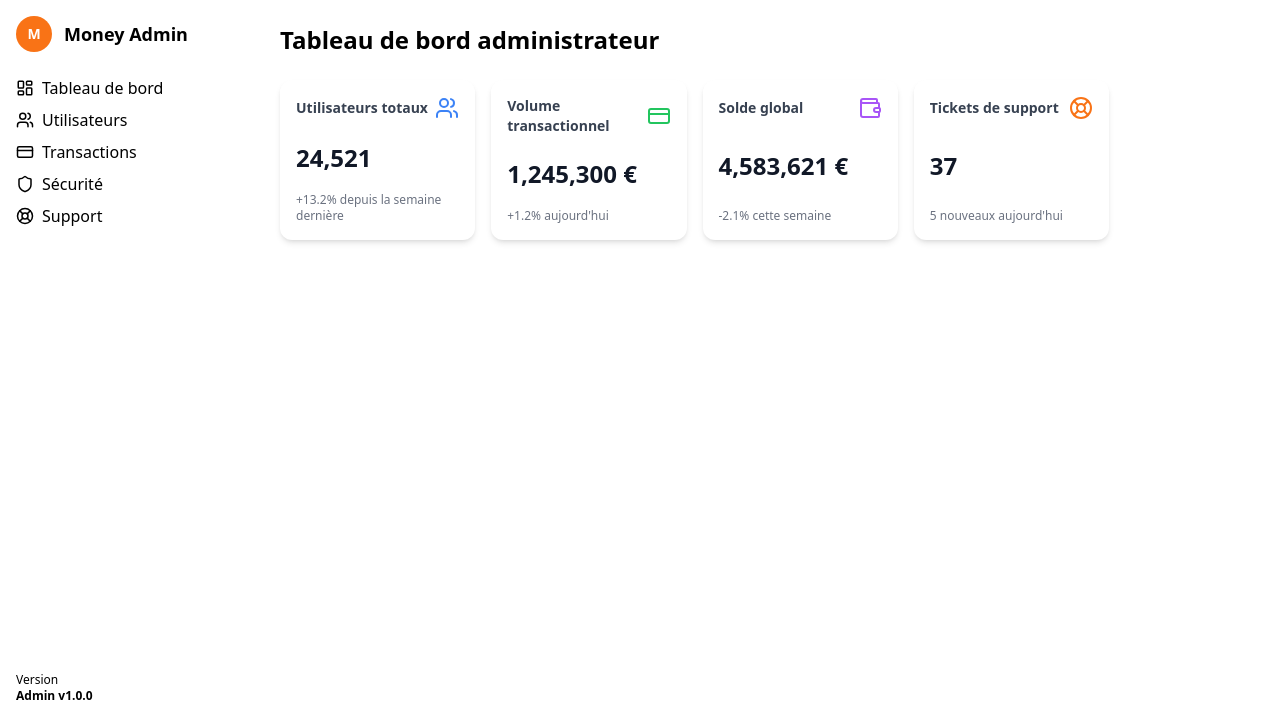
Repository: Edongo999/Dashboard
Page: /
The author's editor kept a copy of each file at every save. The page is drawn from the files as they stood at one save, then again after the next save.
The browser window is 1280 px wide. The pictures show the whole page.
The project was rebuilt for these pictures with package versions that can differ from the ones it lists, and the page was loaded fresh each time. Also part of the build but not shown: vite.config.ts.

Above is the page before, as saved 2025-10-13 13:23:31.

After the next save:
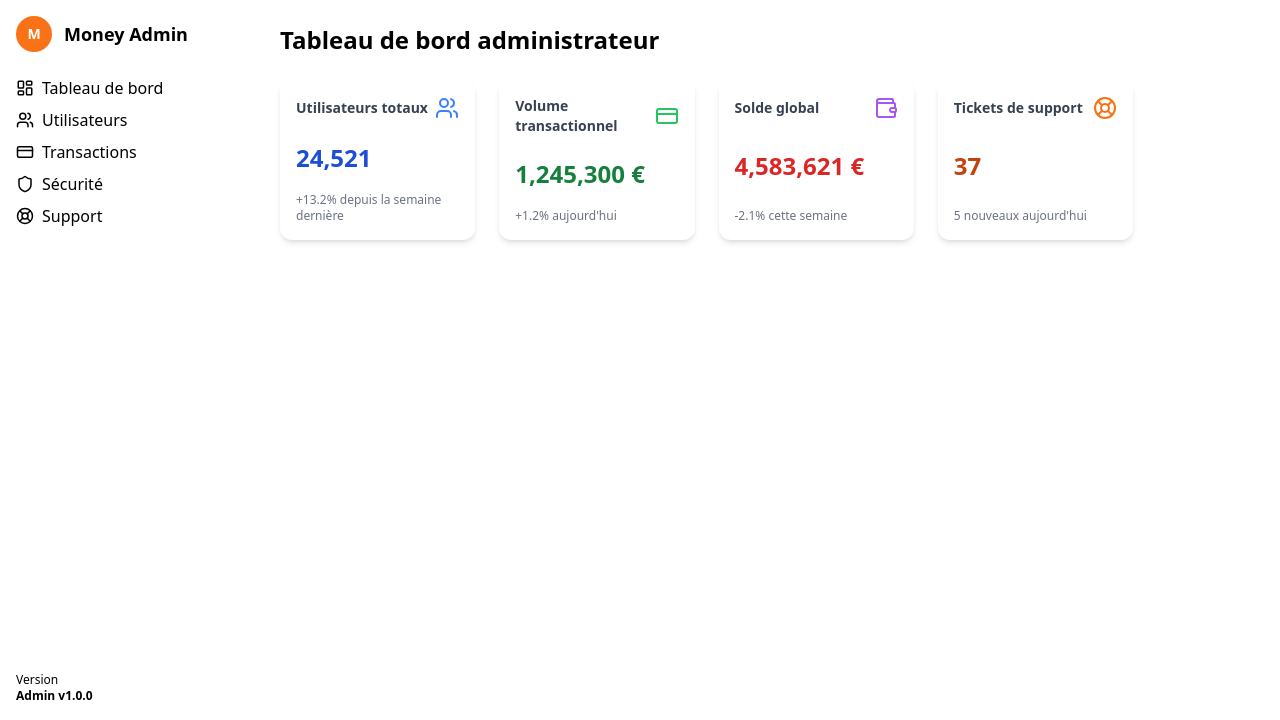
Saved 2 min 27 s later.
--- a/src/App.tsx
+++ b/src/App.tsx
@@ -9,28 +9,32 @@ const App = () => {
       value: "24,521",
       subtext: "+13.2% depuis la semaine dernière",
       icon: <Users />,
-      iconColor: "text-blue-500"
+      iconColor: "text-blue-500",
+      valueColor: "text-blue-700"
     },
     {
       title: "Volume transactionnel",
       value: "1,245,300 €",
       subtext: "+1.2% aujourd'hui",
       icon: <CreditCard />,
-      iconColor: "text-green-500"
+      iconColor: "text-green-500",
+      valueColor: "text-green-700"
     },
     {
       title: "Solde global",
       value: "4,583,621 €",
       subtext: "-2.1% cette semaine",
       icon: <Wallet />,
-      iconColor: "text-purple-500"
+      iconColor: "text-purple-500",
+      valueColor: "text-red-600" // négatif = rouge
     },
     {
       title: "Tickets de support",
       value: "37",
       subtext: "5 nouveaux aujourd'hui",
       icon: <LifeBuoy />,
-      iconColor: "text-orange-500"
+      iconColor: "text-orange-500",
+      valueColor: "text-orange-700"
     }
   ]
 
@@ -40,8 +44,8 @@ const App = () => {
       <main className="flex-1 overflow-auto p-6 bg-base-100">
         <h1 className="text-2xl font-bold mb-6">Tableau de bord administrateur</h1>
 
-        {/* Cartes KPI */}
-        <div className="flex flex-wrap gap-4 mb-6">
+        {/* Cartes KPI espacées */}
+        <div className="flex flex-wrap gap-6 mb-6">
           {kpis.map((kpi, i) => (
             <StatBlock key={i} {...kpi} />
           ))}
--- a/src/components/StatBlock.tsx
+++ b/src/components/StatBlock.tsx
@@ -4,9 +4,10 @@ type StatBlockProps = {
   subtext: string
   icon: React.ReactNode
   iconColor: string
+  valueColor?: string
 }
 
-const StatBlock = ({ title, value, subtext, icon, iconColor }: StatBlockProps) => {
+const StatBlock = ({ title, value, subtext, icon, iconColor, valueColor = "text-gray-900" }: StatBlockProps) => {
   return (
     <div
       className="bg-white shadow-md p-4 rounded-[12px] flex flex-col justify-between"
@@ -16,7 +17,7 @@ const StatBlock = ({ title, value, subtext, icon, iconColor }: StatBlockProps) =
         <h3 className="text-sm font-semibold text-gray-700">{title}</h3>
         <div className={`text-xl ${iconColor}`}>{icon}</div>
       </div>
-      <p className="text-2xl font-bold mt-2 text-gray-900">{value}</p>
+      <p className={`text-2xl font-bold mt-2 ${valueColor}`}>{value}</p>
       <p className="text-xs mt-1 text-gray-500">{subtext}</p>
     </div>
   )
